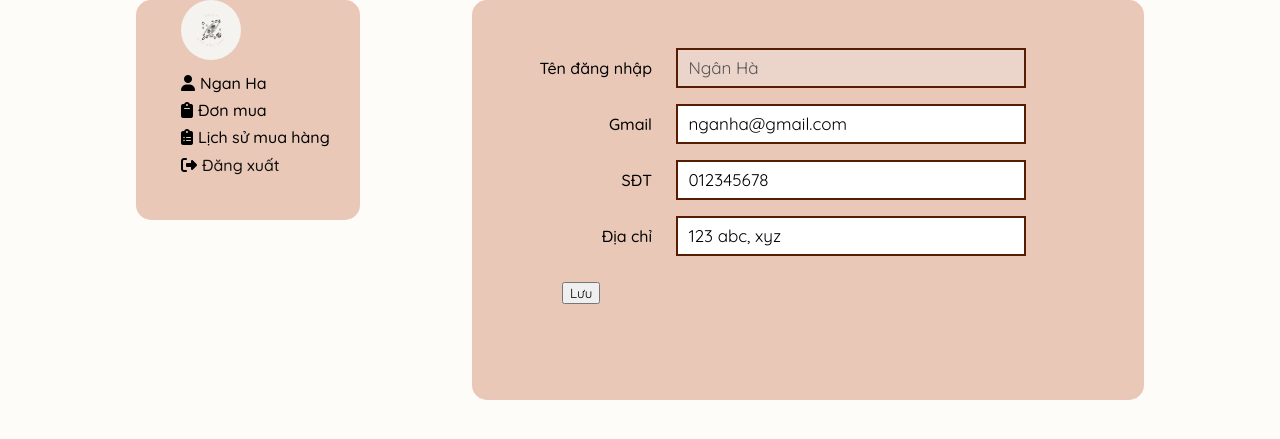
Repository: nganha241/store
Page: profile.html
An editor plug-in stored every save of this project. The page is shown before and after a run of saves, followed by the edit.
The browser window is 1280 px wide. The pictures show the whole page.
Some web libraries are served in a nearby version.

Above is the page before, as saved 2022-04-22 15:34:57.

After the next 2 saves:
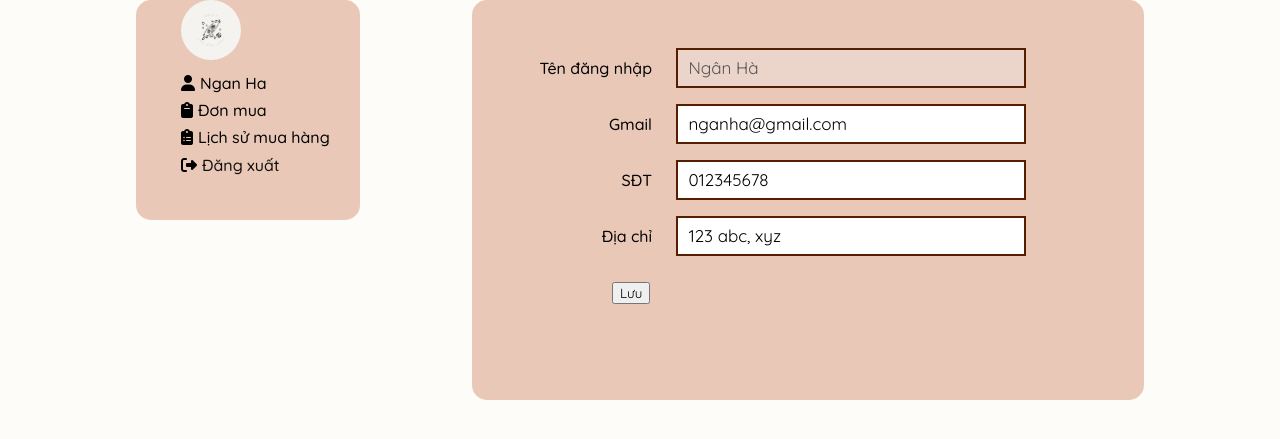
The 2 saves are shown as one change because they came seconds apart.
The last was saved 6 s later.
--- a/style.css
+++ b/style.css
@@ -1155,5 +1155,5 @@ li {
 }
 
 .container .profile .my-profile .list-detail .name  form button {
-    margin-left: 50px;
-}
+    margin-left: 100px;
+}
